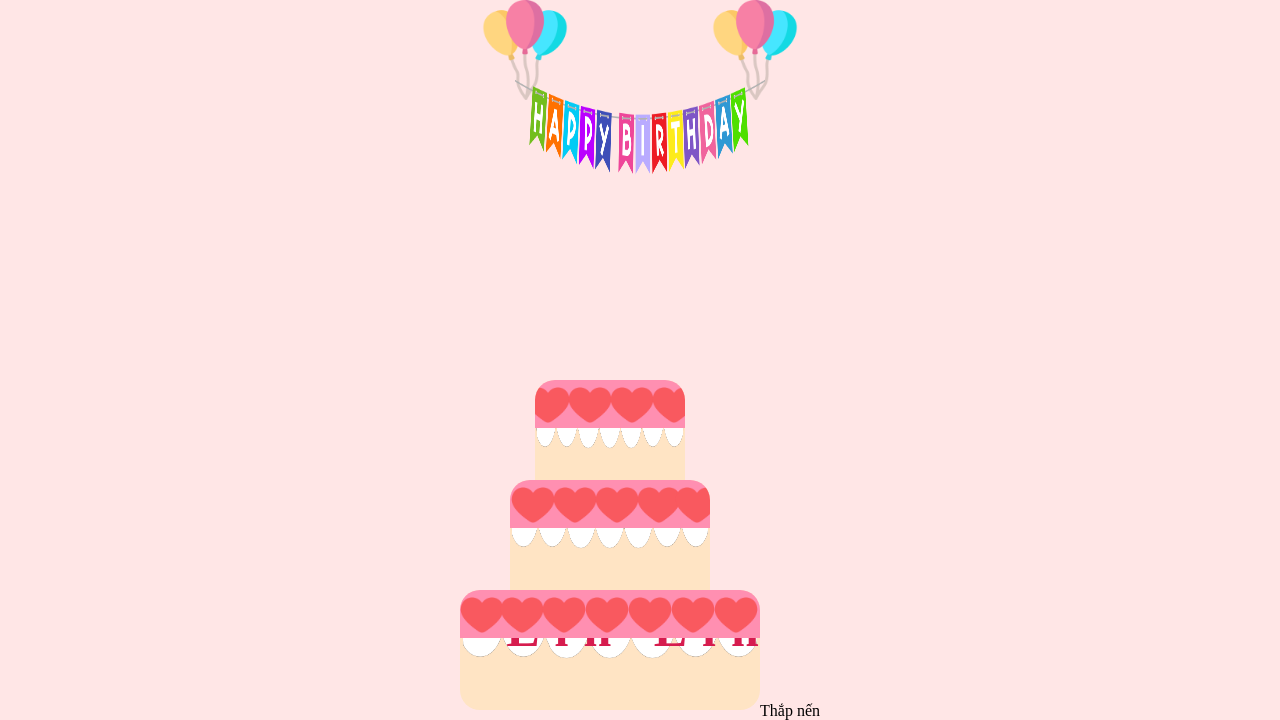
Repository: iphoneboy46/happybirthday
Page: index.html
The author's editor kept a copy of each file at every save. The page is drawn from the files as they stood at one save, then again after the next save.
The browser window is 1280 px wide. The pictures show the whole page.
Some web fonts or font styles are not loaded; a fallback is used.

Above is the page before, as saved 2022-11-28 21:11:25.

### index.html
<!DOCTYPE html>
<html lang="en">
  <head>
    <meta charset="UTF-8" />
    <meta http-equiv="X-UA-Compatible" content="IE=edge" />
    <meta name="viewport" content="width=device-width, initial-scale=1.0" />
    <title>Happy Birthday</title>
    <link rel="stylesheet" href="style.css" />
  </head>
  <body>
    <div class="container">
      <div class="cake">
        <div class="top--cake">
          <div class="img-wavy">
            <img src="image/img1.png" alt="" />
          </div>

          <div class="img-heart-1--top">
            <img src="image/heart.png" alt="" />
          </div>
          <div class="img-heart-2--top">
            <img src="image/heart.png" alt="" />
          </div>
          <div class="img-heart-3--top">
            <img src="image/heart.png" alt="" />
          </div>
          <div class="img-heart-4--top">
            <img src="image/heart.png" alt="" />
          </div>

          <div class="border-cake"></div>
        </div>
        <div class="center--cake">
          <div class="img-wavy">
            <img src="image/img1.png" alt="" />
          </div>
          <div class="img-heart-1--center">
            <img src="image/heart.png" alt="" />
          </div>
          <div class="img-heart-2--center">
            <img src="image/heart.png" alt="" />
          </div>
          <div class="img-heart-3--center">
            <img src="image/heart.png" alt="" />
          </div>
          <div class="img-heart-4--center">
            <img src="image/heart.png" alt="" />
          </div>
          <div class="img-heart-5--center">
            <img src="image/heart.png" alt="" />
          </div>
          <div class="img-heart-6--center">
            <img src="image/heart.png" alt="" />
          </div>
          <div class="img-heart-7--center">
            <img src="image/heart.png" alt="" />
          </div>

          <div class="border-cake"></div>
        </div>
        <div class="bottom--cake">
          <div class="img-wavy">
            <img src="image/img1.png" alt="" />
          </div>

          <div class="img-heart-1">
            <img src="image/heart.png" alt="" />
          </div>
          <div class="img-heart-2">
            <img src="image/heart.png" alt="" />
          </div>
          <div class="img-heart-3">
            <img src="image/heart.png" alt="" />
          </div>
          <div class="img-heart-4">
            <img src="image/heart.png" alt="" />
          </div>
          <div class="img-heart-5">
            <img src="image/heart.png" alt="" />
          </div>
          <div class="img-heart-6">
            <img src="image/heart.png" alt="" />
          </div>
          <div class="img-heart-7">
            <img src="image/heart.png" alt="" />
          </div>
          <div class="img-heart-8">
            <img src="image/heart.png" alt="" />
          </div>

          <div class="border-cake"></div>
        </div>
        <div class="fire2">
            <img src="music/luanen.gif" alt="">
        </div>
        <div class="fire4">
            <img src="music/luanen.gif" alt="">
        </div>
        <div class="number2">
          <img src="image/number2png.png" alt="" />
        </div>
        <div class="number4">
          <img src="image/number4.png" alt="" />
        </div>
      </div>
      <h1 class="name">Lin Lin</h1>
        <h2 class="day">29-11</h2>
      <audio class="audioHpbd" controls autoplay>
        <source src="music/Happy Birthday -Piano Cover.mp3" type="audio/mpeg" />
      </audio>
      <div class="hpbd">
        <div class="text-hbbd">
          <img src="image/hbbdpng.png" alt="" />
        </div>
        <div class="bongbong1">
          <img src="image/balloon.png" alt="" />
        </div>
        <div class="bongbong2">
          <img src="image/balloon.png" alt="" />
        </div>
      </div>
      <div class="btnThapnen">
        Thắp nến
      </div>
    </div>
  </body>
</html>

### style.css
@import url('https://fonts.googleapis.com/css2?family=Fleur+De+Leah&display=swap');

* {
    padding: 0;
    margin: 0;
    box-sizing: border-box;
    font-family: 'Fleur De Leah', cursive;

}

body {
    overflow: hidden;
}

.container {
    width: 100%;
    background-color: #FFE6E6;
    /* background-color: black; */
    height: 100vh;
    display: flex;
    justify-content: center;
    align-items: flex-end;

}

.cake {
    display: flex;
    flex-direction: column;
    justify-content: center;
    align-items: center;
    animation: cake-scale linear 5s;
}

@keyframes cake-scale {
    0% {
        transform: scale(0)
    }

    100% {
        transform: scale(1)
    }
}

.top--cake {
    position: relative;
    overflow: hidden;
    width: 150px;
    height: 100px;
    background-color: bisque;
    border-top-left-radius: 20px;
    border-top-right-radius: 20px;
}



.center--cake {
    position: relative;
    overflow: hidden;
    width: 200px;
    height: 110px;
    background-color: bisque;
    border-top-left-radius: 20px;
    border-top-right-radius: 20px;
}


.bottom--cake {
    position: relative;
    overflow: hidden;
    width: 300px;
    height: 120px;
    background-color: bisque;
    border-radius: 20px;
    margin-bottom: 10px;
}



.img-wavy {
    width: 100%;
    height: 70px;
}

.img-wavy img {
    width: 100%;
    height: 100%;
}

.img-heart-1 {
    z-index: 3;
    position: absolute;
    top: 0px;
    left: -3px;
    width: 50px;
    height: 50px;
}


.img-heart-1 img {
    width: 100%;
    height: 100%;
}

.img-heart-2 {
    z-index: 3;
    position: absolute;
    top: 0px;
    left: 37px;
    width: 50px;
    height: 50px;
}


.img-heart-2 img {
    width: 100%;
    height: 100%;
}


.img-heart-3 {
    z-index: 3;
    position: absolute;
    top: 0px;
    left: 79px;
    width: 50px;
    height: 50px;
}


.img-heart-3 img {
    width: 100%;
    height: 100%;
}

.img-heart-4 {
    z-index: 3;
    position: absolute;
    top: 0px;
    left: 122px;
    width: 50px;
    height: 50px;
}


.img-heart-4 img {
    width: 100%;
    height: 100%;
}

.img-heart-5 {
    z-index: 3;
    position: absolute;
    top: 0px;
    left: 165px;
    width: 50px;
    height: 50px;
}


.img-heart-5 img {
    width: 100%;
    height: 100%;
}

.img-heart-6 {
    z-index: 3;
    position: absolute;
    top: 0px;
    left: 208px;
    width: 50px;
    height: 50px;
}


.img-heart-6 img {
    width: 100%;
    height: 100%;
}

.img-heart-7 {
    z-index: 3;
    position: absolute;
    top: 0px;
    left: 251px;
    width: 50px;
    height: 50px;
}


.img-heart-7 img {
    width: 100%;
    height: 100%;
}



.border-cake {
    z-index: 2;
    position: absolute;
    top: 0;
    width: 100%;
    height: 48px;
    background-color: #FF8FB1;
}


.img-heart-1--center {
    z-index: 3;
    position: absolute;
    top: 0px;
    left: -2px;
    width: 50px;
    height: 50px;
}


.img-heart-1--center img {
    width: 100%;
    height: 100%;
}

.img-heart-2--center {
    z-index: 3;
    position: absolute;
    top: 0px;
    left: 40px;
    width: 50px;
    height: 50px;
}


.img-heart-2--center img {
    width: 100%;
    height: 100%;
}


.img-heart-3--center {
    z-index: 3;
    position: absolute;
    top: 0px;
    left: 82px;
    width: 50px;
    height: 50px;
}


.img-heart-3--center img {
    width: 100%;
    height: 100%;
}

.img-heart-4--center {
    z-index: 3;
    position: absolute;
    top: 0px;
    left: 124px;
    width: 50px;
    height: 50px;
}


.img-heart-4--center img {
    width: 100%;
    height: 100%;
}

.img-heart-5--center {
    z-index: 3;
    position: absolute;
    top: 0px;
    left: 260px;
    width: 50px;
    height: 50px;
}


.img-heart-5--center img {
    width: 100%;
    height: 100%;
}

.img-heart-6--center {
    z-index: 3;
    position: absolute;
    top: 0px;
    left: 330px;
    width: 50px;
    height: 50px;
}


.img-heart-6--center img {
    width: 100%;
    height: 100%;
}

.img-heart-7--center {
    z-index: 3;
    position: absolute;
    top: 0px;
    left: 162px;
    width: 50px;
    height: 50px;
}


.img-heart-7--center img {
    width: 100%;
    height: 100%;
}



.img-heart-1--top {
    z-index: 3;
    position: absolute;
    top: 0px;
    left: -12px;
    width: 50px;
    height: 50px;
}


.img-heart-1--top img {
    width: 100%;
    height: 100%;
}

.img-heart-2--top {
    z-index: 3;
    position: absolute;
    top: 0px;
    left: 30px;
    width: 50px;
    height: 50px;
}


.img-heart-2--top img {
    width: 100%;
    height: 100%;
}


.img-heart-3--top {
    z-index: 3;
    position: absolute;
    top: 0px;
    left: 72px;
    width: 50px;
    height: 50px;
}


.img-heart-3--top img {
    width: 100%;
    height: 100%;
}

.img-heart-4--top {
    z-index: 3;
    position: absolute;
    top: 0px;
    left: 114px;
    width: 50px;
    height: 50px;
}


.img-heart-4--top img {
    width: 100%;
    height: 100%;
}

.number2 {
    position: absolute;
    width: 60px;
    height: 92px;
    top: 242px;
    left: 130px;
    animation: num linear 10s
}


.number2 img {
    width: 100%;
    height: 100%;
}

.number4 {
    position: absolute;
    width: 100px;
    height: 100px;
    top: 242px;
    left: 180px;
    animation: num linear 10s
}

@keyframes num {
    0% {
        top: -2000px;
        opacity: 0;
    }

    100% {
        top: 242px;
        opacity: 1;
    }
}

.number4 img {
    width: 100%;
    height: 100%;
}


.hpbd {
    top: 0px;
    position: absolute;
    animation: topText linear 5s;
}

@keyframes topText {
    0% {
        top: 1000px;
    }

    100% {
        top: 0px;
    }
}


.text-hbbd {
    transform: translateX(-50%);
    position: absolute;
    top: 80px;
    left: 50%;
    width: 250px;
    height: 100px;
    z-index: 10;

}



.text-hbbd img {
    width: 100%;
    height: 100%;
}

.bongbong1 {
    position: absolute;
    width: 100px;
    height: 100px;
    left: 65px;
    top: 0px;

    animation: dungdua1 linear 5s infinite;
}

@keyframes dungdua1 {
    0% {
        transform: rotate(0deg)
    }


    50% {
        transform: rotate(10deg)
    }

    100% {
        transform: rotate(0deg)
    }
}



.bongbong1 img {
    width: 100%;
    height: 100%;
}


.bongbong2 {
    position: absolute;
    width: 100px;
    height: 100px;
    right: 65px;
    top: 0px;
    animation: dungdua2 linear 5s infinite;
    animation-delay: 15s;
}

@keyframes dungdua2 {
    0% {
        transform: rotate(0deg)
    }


    50% {
        transform: rotate(-10deg)
    }

    100% {
        transform: rotate(0deg)
    }
}

.bongbong2 img {
    width: 100%;
    height: 100%;
}

.audioHpbd {
    display: none;
}

.name {
    text-align: center;
    top: 600px;
    position: absolute;
    font-size: 50px;
    letter-spacing: 15px;
    color: #D61C4E;
    animation: cake-scale linear 5s;

}


.day {
    text-align: center;
    top: 490px;
    position: absolute;
    font-size: 40px;
    letter-spacing: 15px;
    color: #D61C4E;
    animation: cake-scale linear 5s;

}


.fire2{
    display: none;
    position: absolute;
    top: 205px;
    left:135px;
    width: 50px;
    height: 50px;
}

.fire2 img{
    width: 100%;
    height: 100%;
}


.fire4{
    display: none;
    position: absolute;
    top: 205px;
    right:128px;
    width: 50px;
    height: 50px;
}

.fire4 img{
    width: 100%;
    height: 100%;
}

After the next save:
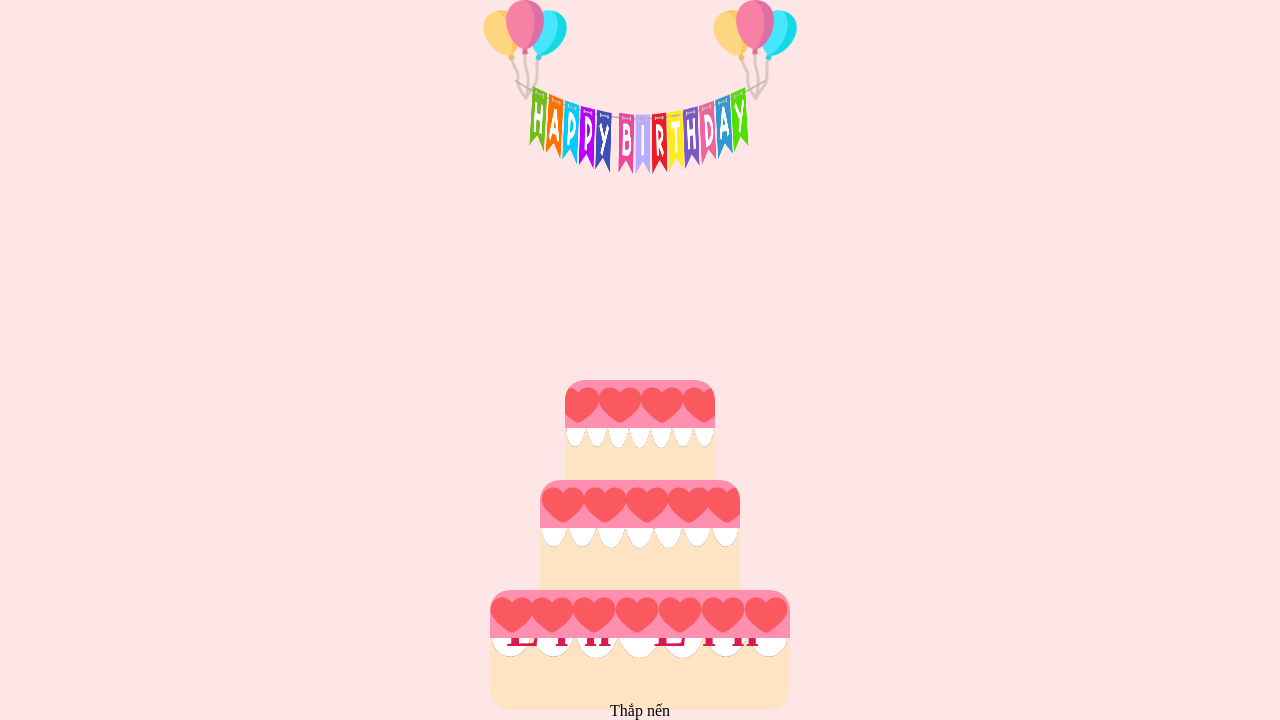
Saved 29 s later.
--- a/style.css
+++ b/style.css
@@ -569,3 +569,7 @@ body {
     width: 100%;
     height: 100%;
 }
+
+.btnThapnen{
+    position: absolute;
+}
